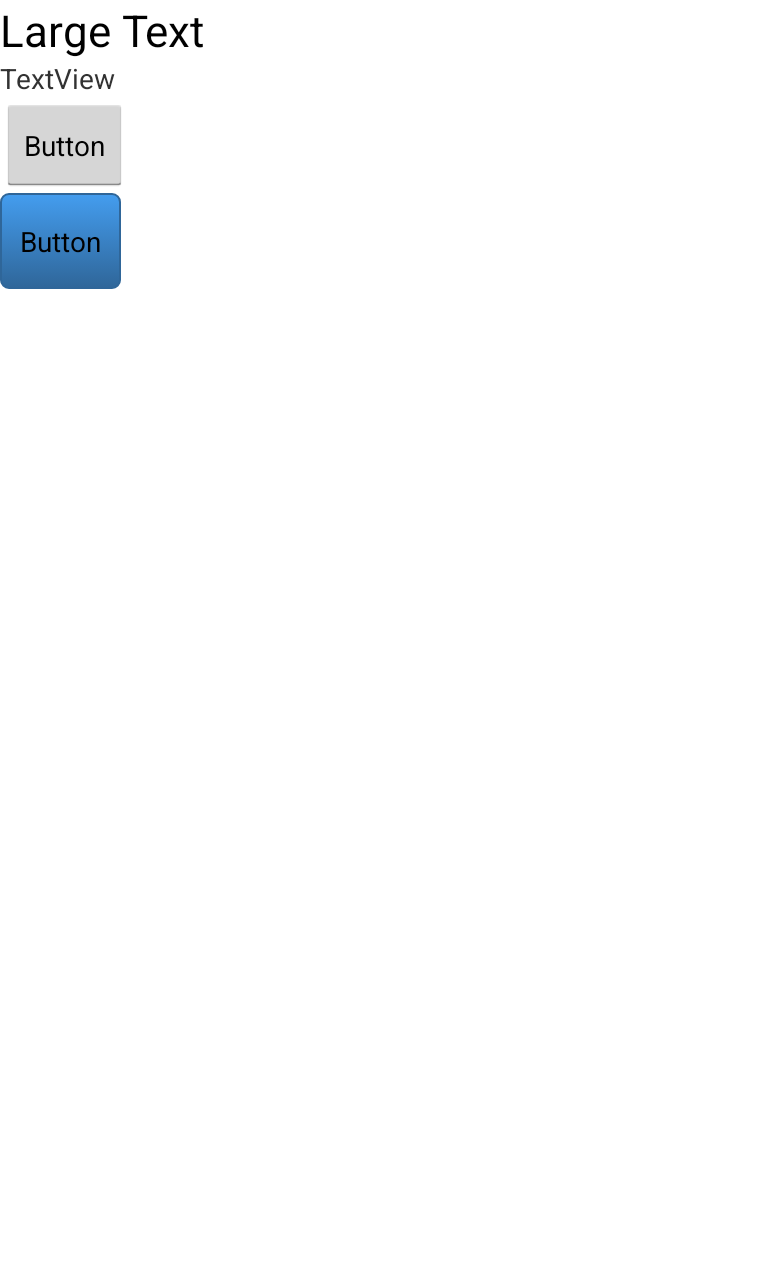
Repository: pcombi/android_dev
Layout: EnglishGrammar/res/layout/tests.xml
An editor plug-in stored every save of this project. The layout is shown before and after the next save, followed by the edit.
It is drawn on a 768 x 1280 px phone screen (xhdpi) without system bars, with theme AppTheme; the app's code is not run.

Above is the layout before, as saved 2012-12-27 01:23:18.

### EnglishGrammar/res/layout/tests.xml
<?xml version="1.0" encoding="utf-8"?>
<LinearLayout xmlns:android="http://schemas.android.com/apk/res/android"
    android:layout_width="match_parent"
    android:layout_height="match_parent"
    android:orientation="vertical" >

    <TextView
        android:id="@+id/textView1"
        android:layout_width="wrap_content"
        android:layout_height="wrap_content"
        android:text="Large Text"
        android:textAppearance="?android:attr/textAppearanceLarge" />

    <TextView
        android:id="@+id/textView2"
        android:layout_width="wrap_content"
        android:layout_height="wrap_content"
        android:text="TextView" />

    <Button
        android:id="@+id/button2"
        style="?android:attr/buttonStyleSmall"
        android:layout_width="wrap_content"
        android:layout_height="wrap_content"
        android:text="Button" />

    <Button
        android:id="@+id/button1"
        style="?android:attr/buttonStyleSmall"
        android:layout_width="wrap_content"
        android:layout_height="wrap_content"
        android:background="@drawable/btn_blue"
        android:text="Button" />

    <LinearLayout
        android:layout_width="wrap_content"
        android:layout_height="wrap_content"
        android:orientation="vertical"
        android:id="@+id/buttonlayout1">
    </LinearLayout>

</LinearLayout>

### EnglishGrammar/res/drawable/btn_blue.xml
<?xml version="1.0" encoding="utf-8"?>
<selector xmlns:android="http://schemas.android.com/apk/res/android">
    <item android:state_pressed="true" >
        <shape>
            <solid
                android:color="#449def" />
            <stroke
                android:width="1dp"
                android:color="#2f6699" />
            <corners
                android:radius="6dp" />
            <!--  <padding
                android:left="10dp"
                android:top="10dp"
                android:right="10dp"
                android:bottom="10dp" />-->
        </shape>
    </item>
    <item>
        <shape>
            <gradient
                android:startColor="#449def"
                android:endColor="#2f6699"
                android:angle="270" />
            <stroke
                android:width="1dp"
                android:color="#2f6699" />
            <corners
                android:radius="4dp" />
            <padding
                android:left="10dp"
                android:top="10dp"
                android:right="10dp"
                android:bottom="10dp" />
        </shape>
    </item>
</selector>

Loaded but not shown: EnglishGrammar/res/values/styles.xml (common file); EnglishGrammar/res/values-v11/styles.xml (common file); EnglishGrammar/res/values-v14/styles.xml (common file)

After the next save:
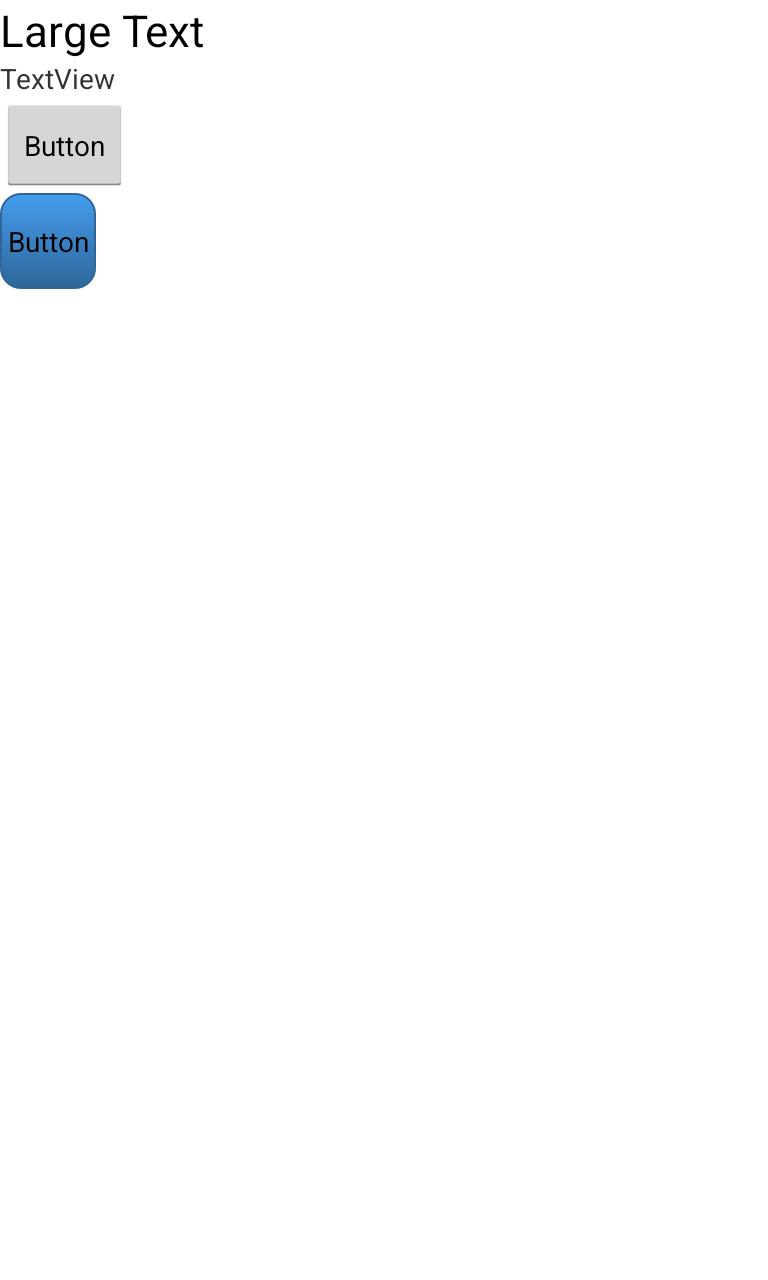
Saved 2 min 46 s later.
--- a/EnglishGrammar/res/drawable/btn_blue.xml
+++ b/EnglishGrammar/res/drawable/btn_blue.xml
@@ -26,12 +26,12 @@
                 android:width="1dp"
                 android:color="#2f6699" />
             <corners
-                android:radius="4dp" />
-            <padding
+                android:radius="10dp" />
+            <!--  <padding
                 android:left="10dp"
                 android:top="10dp"
                 android:right="10dp"
-                android:bottom="10dp" />
+                android:bottom="10dp" />-->
         </shape>
     </item>
 </selector>
